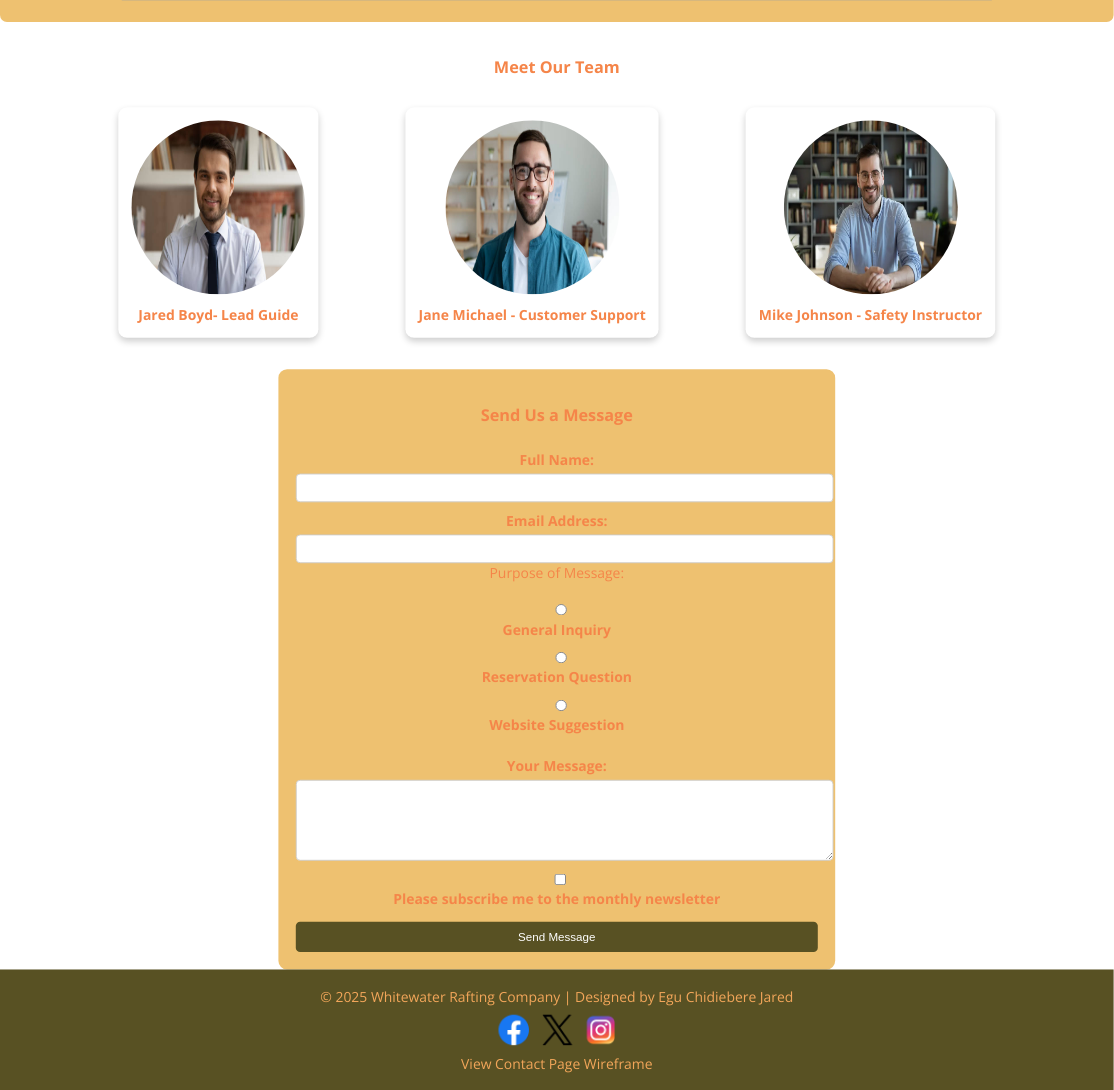
Repository: EguJaredoBoyd/wdd130
Page: wwr/contact.html
The author's editor kept a copy of each file at every save. The page is drawn from the files as they stood at one save, then again after the next save.
The browser window is 1280 px wide. The pictures show the part of the page from y = 690 to 1943 px (the page is 1943 px tall), at 87% of full size.

Above is the page before, as saved 2025-04-12 18:17:01.

### wwr/contact.html
<!DOCTYPE html>
<html lang="en">

<head>
    <meta charset="UTF-8">
    <meta name="viewport" content="width=device-width, initial-scale=1.0">
    <meta name="description"
        content="Get in touch with Whitewater Rafting Company for inquiries, reservations, or suggestions.">
    <meta name="author" content="Egu Chidiebere Jared">
    <title>Contact Us - Whitewater Rafting Company</title>
    <!-- Google Fonts -->
    <link href="https://fonts.googleapis.com/css2?family=Open+Sans:wght@400;700&family=Roboto:wght@400;700&display=swap"
        rel="stylesheet">
    <!-- CSS Stylesheet -->
    <link rel="stylesheet" href="./styles/rafting.css">
</head>

<body>
    <header>
        <img src="images/rafting1.jpg" alt="Whitewater Rafting Company Logo" class="logo">
        <h1>Whitewater Rafting</h1>
        <nav>
            <ul>
                <li><a href="index.html">Home</a></li>
                <li><a href="about.html">About Us</a></li>
                <li><a href="trips.html">Trips</a></li>
                <li><a href="contact.html" class="active">Contact</a></li>
            </ul>
        </nav>
    </header>

    <main>
        <h2>Contact Us</h2>

        <section class="company-info">
            <h3>Our Information</h3>
            <p><strong>Address:</strong> 123 River Rapids Rd, Adventure City, USA</p>
            <p><strong>Phone:</strong> (123) 456-7890</p>
            <p><strong>Email:</strong> info@whitewaterrafting.com</p>

            <h3>Find Us Here</h3>
            <iframe src="https://www.google.com/maps/embed?..." width="1000" height="300" style="border:0;" allowfullscreen=""
                loading="lazy"></iframe>
        </section>

        <section class="employees">
            <h3>Meet Our Team</h3>
            <div class="employee-gallery">
                <figure>
                    <img src="./images/employee1.jpg" alt="John Doe">
                    <figcaption>Jared Boyd- Lead Guide</figcaption>
                </figure>
                <figure>
                    <img src="./images/employee2.jpg" alt="Jane Smith">
                    <figcaption>Jane Michael - Customer Support</figcaption>
                </figure>
                <figure>
                    <img src="./images/employee3.webp" alt="Mike Johnson">
                    <figcaption>Mike Johnson - Safety Instructor</figcaption>
                </figure>
            </div>
        </section>

        <section class="contact-form">
            <h3>Send Us a Message</h3>
            <form action="#" method="post">
                <label for="name">Full Name:</label>
                <input type="text" id="name" name="name" required>

                <label for="email">Email Address:</label>
                <input type="email" id="email" name="email" required>

                <fieldset>
                    <legend>Purpose of Message:</legend>
                    <label><input type="radio" name="purpose" value="general" required> General Inquiry</label>
                    <label><input type="radio" name="purpose" value="reservation"> Reservation Question</label>
                    <label><input type="radio" name="purpose" value="suggestion"> Website Suggestion</label>
                </fieldset>

                <label for="message">Your Message:</label>
                <textarea id="message" name="message" rows="5" required></textarea>

                <label><input type="checkbox" name="subscribe"> Please subscribe me to the monthly newsletter</label>

                <button type="submit">Send Message</button>
            </form>
        </section>
    </main>

    <footer>
        <p>&copy; 2025 Whitewater Rafting Company | Designed by Egu Chidiebere Jared</p>
        <div class="social-icons">
            <a href="https://facebook.com" target="_blank"><img src="images/facebookIcon.webp" alt="Facebook"></a>
            <a href="https://twitter.com" target="_blank"><img src="images/twitterIcon.webp" alt="Twitter"></a>
            <a href="https://instagram.com" target="_blank"><img src="images/instagramIcon.webp" alt="Instagram"></a>
        </div>
        <p><a href="images/contact-wireframe.png" target="_blank">View Contact Page Wireframe</a></p>
    </footer>
</body>

</html>

### wwr/styles/rafting.css
/* ========== Color Variables ========== */
:root {
    --primary-color: #585123;
    --secondary-color: #eec170;
    --accent-color: #f2a65a;
    --text-color: #f58549;
    --background-color: #ffffff;
}

/* ========== Global Styles ========== */
body {
    font-family: 'Open Sans', sans-serif;
    color: var(--text-color);
    background-color: var(--background-color);
    margin: 0;
    padding: 0;
}

a {
    text-decoration: none;
    color: inherit;
}

/* ========== Header ========== */
header {
    display: flex;
    align-items: center;
    justify-content: space-between;
    background-color: var(--primary-color);
    padding: 15px 20px;
    flex-wrap: wrap;
}

.logo {
    height: 60px;
}

header h1 {
    color: var(--secondary-color);
    font-size: 1.8em;
    margin: 0 auto;
}

/* ========== Navigation ========== */
nav ul {
    display: flex;
    justify-content: center;
    list-style: none;
    padding: 0;
    margin: 0;
    flex-wrap: wrap;
}

nav ul li {
    margin: 0 15px;
}

nav a {
    color: var(--accent-color);
    font-weight: 700;
    transition: color 0.3s ease-in-out;
}

nav a:hover,
nav a.active {
    color: var(--secondary-color);
}

/* ========== Hero Section ========== */
.hero {
    position: relative;
    text-align: center;
    color: var(--accent-color);
}

.hero-image {
    width: 100%;
    height: auto;
}

.hero h1 {
    position: absolute;
    top: 50%;
    left: 50%;
    transform: translate(-50%, -50%);
    font-size: 3em;
    background-color: rgba(0, 0, 0, 0.6);
    color: white;
    padding: 10px;
    border-radius: 8px;
}

/* ========== Sections ========== */
section {
    padding: 30px;
    text-align: center;
}

section h2 {
    color: var(--primary-color);
    font-size: 2em;
    margin-bottom: 15px;
}

/* ========== Call-to-Action Button ========== */
.btn {
    background-color: var(--primary-color);
    color: white;
    padding: 10px 20px;
    border-radius: 5px;
    display: inline-block;
    transition: background 0.3s;
}

.btn:hover {
    background-color: var(--accent-color);
}

/* ========== Newsletter Form ========== */
.newsletter form {
    display: flex;
    justify-content: center;
    flex-wrap: wrap;
    gap: 1rem;
    margin-top: 1rem;
}

.newsletter input {
    padding: 0.5rem;
    font-size: 1rem;
    border-radius: 5px;
    border: 1px solid #ccc;
}

/* ========== Mission Article ========== */
article {
    display: flex;
    align-items: center;
    background-color: var(--secondary-color);
    padding: 20px;
    border-radius: 10px;
    margin: 20px auto;
    max-width: 900px;
    flex-wrap: wrap;
}

.article-image {
    width: 200px;
    margin-right: 20px;
    border-radius: 8px;
}

/* ========== Adventure Gallery ========== */
.adventure-gallery {
    display: grid;
    grid-template-columns: repeat(auto-fit, minmax(200px, 1fr));
    gap: 20px;
    padding: 20px;
}

.adventure-gallery figure {
    text-align: center;
    background-color: var(--background-color);
    padding: 10px;
    border-radius: 8px;
    box-shadow: 0 4px 8px rgba(0, 0, 0, 0.2);
}

.adventure-gallery img {
    width: 100%;
    height: auto;
    border-radius: 8px;
}

figcaption {
    margin-top: 8px;
    font-weight: bold;
    color: var(--text-color);
}

/* ========== Trip Grid (Trips Page) ========== */
.trips-grid {
    display: grid;
    grid-template-columns: repeat(auto-fit, minmax(250px, 1fr));
    gap: 2rem;
    padding: 2rem;
}

.trips-grid article {
    border: 1px solid #ccc;
    padding: 1rem;
    border-radius: 8px;
    text-align: center;
    background-color: var(--background-color);
}

/* ========== Contact Page ========== */
.company-info {
    background-color: var(--secondary-color);
    padding: 20px;
    border-radius: 8px;
}

.company-info p {
    font-size: 1.1em;
    margin: 5px 0;
}

/* ========== Employee Gallery ========== */
.employees {
    padding: 20px;
}

.employee-gallery {
    display: flex;
    justify-content: center;
    gap: 20px;
    flex-wrap: wrap;
}

.employee-gallery figure {
    text-align: center;
    background-color: var(--background-color);
    padding: 15px;
    border-radius: 10px;
    box-shadow: 0 4px 8px rgba(0, 0, 0, 0.2);
}

.employee-gallery img {
    width: 200px;
    height: 200px;
    border-radius: 50%;
}

/* ========== Contact Form ========== */
.contact-form {
    background-color: var(--secondary-color);
    padding: 20px;
    border-radius: 10px;
    max-width: 600px;
    margin: auto;
}

.contact-form form {
    display: flex;
    flex-direction: column;
}

.contact-form label {
    font-weight: bold;
    margin-top: 10px;
}

input,
textarea {
    padding: 8px;
    margin-top: 5px;
    border-radius: 5px;
    border: 1px solid #ccc;
    width: 100%;
}

fieldset {
    border: none;
    padding: 10px 0;
}

fieldset label {
    display: block;
    margin-bottom: 5px;
}

button {
    background-color: var(--primary-color);
    color: white;
    padding: 10px;
    border: none;
    margin-top: 15px;
    cursor: pointer;
    border-radius: 5px;
    transition: background 0.3s;
}

button:hover {
    background-color: var(--accent-color);
}

/* ========== Footer ========== */
footer {
    background-color: var(--primary-color);
    color: var(--accent-color);
    text-align: center;
    padding: 15px 0;
}

footer p {
    margin: 5px 0;
}

.social-icons {
    display: flex;
    justify-content: center;
    gap: 15px;
    margin-top: 10px;
}

.social-icons a {
    display: inline-block;
}

footer img {
    width: 35px;
    height: 35px;
    transition: transform 0.3s ease-in-out;
}

footer img:hover {
    transform: scale(1.1);
}

/* ========== Responsive Design ========== */
@media (max-width: 768px) {
    header {
        flex-direction: column;
        text-align: center;
    }

    nav ul {
        flex-direction: column;
        padding-top: 10px;
    }

    nav ul li {
        margin-bottom: 10px;
    }

    .hero h1 {
        font-size: 2em;
        padding: 5px;
    }

    .article-image {
        width: 150px;
        margin: 0 auto 15px;
    }

    .employee-gallery {
        flex-direction: column;
        align-items: center;
    }
}

After the next save:
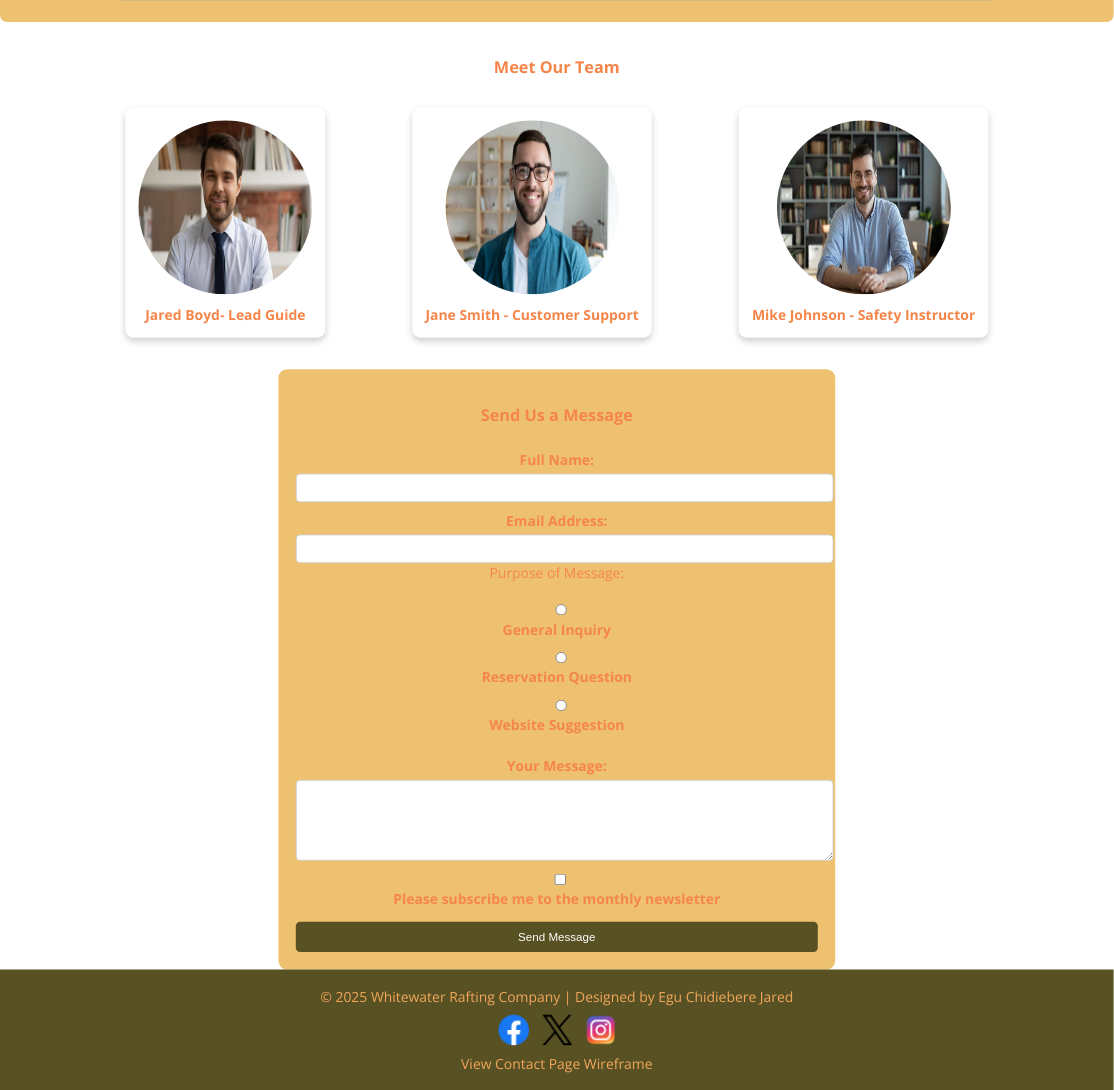
Saved 2 min 24 s later.
--- a/wwr/contact.html
+++ b/wwr/contact.html
@@ -52,7 +52,7 @@
                 </figure>
                 <figure>
                     <img src="./images/employee2.jpg" alt="Jane Smith">
-                    <figcaption>Jane Michael - Customer Support</figcaption>
+                    <figcaption>Jane Smith - Customer Support</figcaption>
                 </figure>
                 <figure>
                     <img src="./images/employee3.webp" alt="Mike Johnson">
